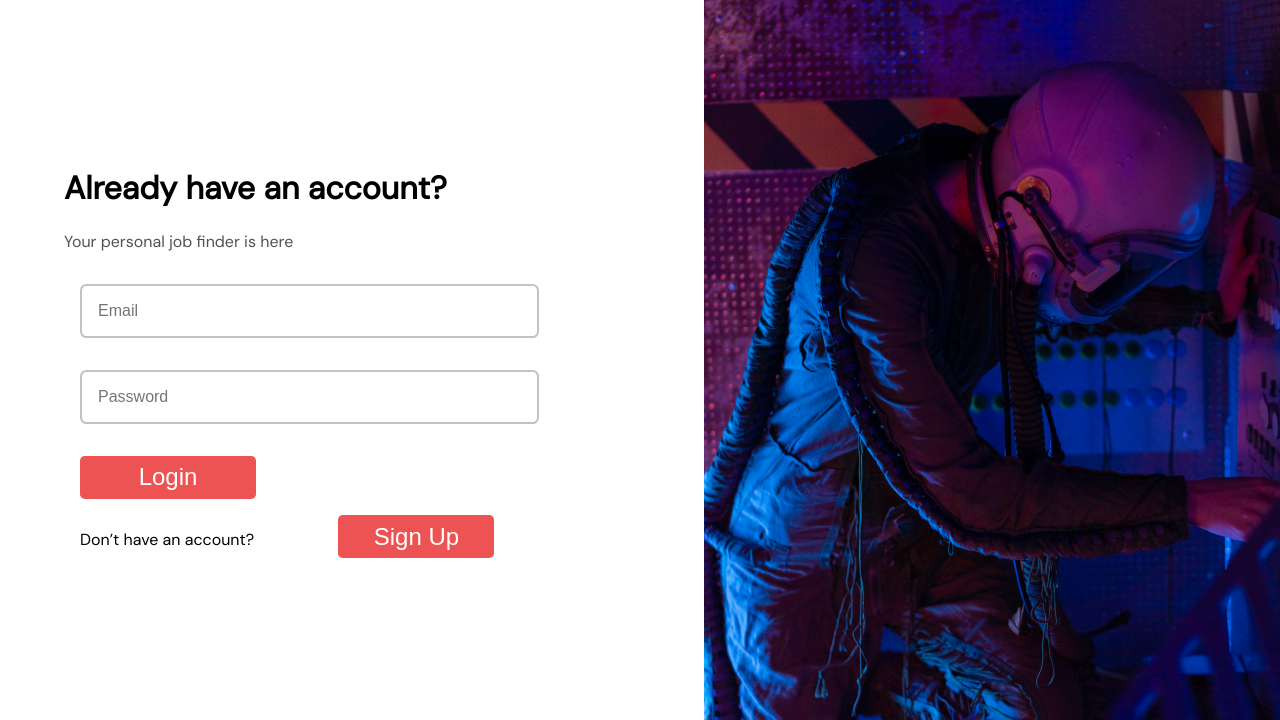
Repository: drumsmanku/node-capstone-project-1
Page: /login (app in client/)
An editor plug-in stored every save of this project. The page is shown before and after the next save, followed by the edit.
The browser window is 1280 px wide. The pictures show the whole page.
The project was rebuilt for these pictures with package versions that can differ from the ones it lists, and the page was loaded fresh each time. Also part of the build but not shown: client/src/components/Register.js, client/src/components/AddJob.js, client/src/components/Success.js, client/src/components/JobMainPage.js, client/src/components/EditJob.js, client/src/components/JobDetails.css, client/src/components/JobDetails.js, client/src/components/FailedLogin.js and 1 more.

Above is the page before, as saved 2023-07-23 19:11:56.

### client/src/App.js
import './App.css';
import Register from './components/Register';
import Login from './components/Login';
import AddJob from './components/AddJob';
import { BrowserRouter as Router, Route, Routes} from 'react-router-dom';
import Success from './components/Success';
import JobMainPage from './components/JobMainPage';
import EditJob from './components/EditJob';
import JobDetails from './components/JobDetails';
import FailedLogin from './components/FailedLogin';
import FailedRegister from './components/FailedRegister';

function App() {
  return (
    <div className="App">
      <Router>
        <Routes>
          <Route path='/' element={<JobMainPage/>}/>
          <Route path='/register' element={<Register />}/>
          <Route path='/add' element={<AddJob/>}/>
          <Route path='/login' element={<Login/>}/>
          <Route path='/main-job' element={<JobMainPage/>}/>
          <Route path='/edit-job/:id' element={<EditJob/>}/>
          <Route path="/job-det/:id" element={<JobDetails/>}/>
          <Route path='/success' element={<Success/>}/>
          <Route path='/failed-login' element={<FailedLogin/>}/>
          <Route path='/failed-signup' element={<FailedRegister/>}/>

        </Routes>
      </Router>

    </div>
  );
}

export default App;

### client/src/components/Login.js
import React, { useState } from 'react';
import { useNavigate } from 'react-router-dom';
import axios from 'axios';
import './Login.css';
import img1 from '../Assets/img1.png';

function Login() {
  const navigate = useNavigate();
  const [user, setUser] = useState({
    email: '',
    password: ''
  });

  const handleChange = e => {
    setUser({
      ...user,
      [e.target.name]: e.target.value
    });
  };

  const login = (event) => {
    event.preventDefault();
    axios.post('https://job-new-portal.onrender.com/login', user)
      .then(res => {
        localStorage.setItem('token', res.data.jwtToken);
        localStorage.setItem('user', res.data.name);
        const tokenData=localStorage.getItem('token')
        if(tokenData!=='undefined') {
          navigate('/main-job')
        }
        else{
          navigate('/failed-login')
        }


      })
      .catch(err => console.log(err));
  };

  return (
    <div className='login-container'>

      <div className='login-left-container'>
        <div style={{marginLeft:'4rem'}}>
          <h1 style={{}}>Already have an account?</h1>
          <p style={{fontWeight:500,  color:'#525252', marginBottom:'2rem', marginTop:0}}>Your personal job finder is here</p>
        </div>

        <form>
          <div style={{marginLeft:'5rem'}}>
          <input type="email" name="email" value={user.email} onChange={handleChange} placeholder="Email" />
          <input type="password" name="password" value={user.password} onChange={handleChange} placeholder="Password" />

          </div>
          <button type='submit' style={{cursor:'pointer'}} onClick={login} >Login</button>
          <span style={{marginLeft:'5rem'}}>Don’t have an account? <button onClick={()=>{navigate('/register')}}>Sign Up</button></span>
        </form>
      </div>
      <div className='login-right-container' style={{backgroundImage:`url(${img1})`}}></div>

    </div>
  );
}

export default Login;

### client/src/components/Register.css
@import url('https://fonts.googleapis.com/css2?family=DM+Sans&display=swap');

body{
  font-family: 'DM Sans';
}

.reg-container{
  width:100vw;
  height: 100vh;
  display: flex;
}

.reg-left-container{
  width: 55%;
  display: flex;
  flex-direction: column;
  justify-content: center;
  font-family: 'DM Sans';
  color: black;

}
.reg-right-container{
  width: 45%;
  height: 100vh;
  background-size: 'cover';
  background-position:center;
  background-repeat: no-repeat;
}
.reg-container form{
  display: flex;
  flex-direction: column;
}
.reg-container input[type='text'], [type='password'], [type='email']{
  width: 70%;
  height: 3rem;
  border:2px solid #C2C2C2;
  border-radius: 0.4rem;
  padding-left: 1rem;
  font-size: 1rem;
  color: black;
  margin-bottom: 2rem;
}
.reg-container button{
  height: 2.7rem;
  width: 25%;
  font-size: x-large;
  background-color: #ED5353;
  border: none;
  border-radius: 0.3rem;
  margin-left: 5rem;
  margin-bottom: 1rem;
  color: white;
}
span a{
  color:black;
}

### client/src/components/Login.css
@import url('https://fonts.googleapis.com/css2?family=DM+Sans&display=swap');

body{
  font-family: 'DM Sans';
}

.login-container{
  width:100vw;
  height: 100vh;
  display: flex;
}
.login-left-container{
  width: 55%;
  display: flex;
  flex-direction: column;
  justify-content: center;
  font-family: 'DM Sans';
  color: black;

}

.login-right-container{
  width: 45%;
  height: 100vh;
  background-size: 'cover';
  background-position:center;
  background-repeat: no-repeat;
}

.login-container form{
  display: flex;
  flex-direction: column;
}
.login-container input [type='password'], [type='email']{
  width: 70%;
  height: 3rem;
  border:2px solid #C2C2C2;
  border-radius: 0.4rem;
  padding-left: 1rem;
  font-size: 1rem;
  color: black;
  margin-bottom: 2rem;
}

.login-container button{
  height: 2.7rem;
  width: 25%;
  font-size: x-large;
  background-color: #ED5353;
  border: none;
  border-radius: 0.3rem;
  margin-left: 5rem;
  margin-bottom: 1rem;
  color: white;
}
.btn-fail-sign{
  background:none;
  color: black;

}

### client/src/components/AddJob.css
@import url('https://fonts.googleapis.com/css2?family=DM+Sans&display=swap');

body{
  font-family: 'DM Sans';
}

.add-container{
  height: 100vh;
  width: 100vw;
  display: flex;
}

.add-left-container{
  width: 58%;

  display: flex;
  flex-direction: column;
  justify-content: center;
  align-items: center;
}
.add-right-container{
  width: 42%;
  background-size: 'cover';
  background-position:center;
  background-repeat: no-repeat;
}
.add-container input{
  border: 2px solid #C2C2C2;
  border-radius: 0.2rem;
  margin-bottom: 1rem;
  margin-left: 1rem;
  padding-left: 1rem;
}
.add-left-container form{
  width: 100%;
  display: flex;
  flex-direction: column;
  margin-left: 20%;
}
.btn-add-page-add{
  height: 2rem;
  width: 15%;
  font-size: medium;
  background-color: #ED5353;
  border: none;
  border-radius: 0.3rem;
  margin-left: 1rem;
  margin-bottom:0;
  color: white;
  cursor: pointer;
}
.btn-add-page-cancel{
  height: 2rem;
  width: 15%;
  font-size: medium;
  background-color: #FFFFFF;
  border: 1px solid #CECECE;
  color: #CECECE;
  border-radius: 0.3rem;
  cursor: pointer;
  margin-bottom: 0;

}

### client/src/components/JobMainPage.css
@import url('https://fonts.googleapis.com/css2?family=DM+Sans&display=swap');


.main-page-container{
  height: 100vh;
  width: 100vw;
  display: flex;
  flex-direction: column;
}


.main-upper-container{
  height: 20%;
  width: 100%;
  display: flex;
  background-size: 100%;
  background-position:center;
  background-repeat: no-repeat;
}
.main-lower-container{
  height: 80%;
  width: 100%;
  display: flex;
  flex-direction: column;
  align-items: center;
}
.btn-main-page-login{
  height: 2rem;
  width: 6rem;
  font-weight: 500;
  font-size: medium ;
  background-color: #ED5353;
  border: 2px solid white;
  border-radius: 0.3rem;
  margin-left: 1rem;
  margin-bottom:0;
  color: white;
  font-family: 'DM Sans';
  cursor: pointer;
}
.btn-main-page-register{
  height: 2rem;
  width: 6rem;
  font-size: medium;
  font-weight: 500;
  background-color: white;
  border: none;
  border-radius: 0.3rem;
  margin-left: 1rem;
  margin-bottom:0;
  color: #ED5353;
  font-family: 'DM Sans';
  cursor: pointer;
}

### client/src/components/EditJob.css
@import url('https://fonts.googleapis.com/css2?family=DM+Sans&display=swap');

body{
  font-family: 'DM Sans';
}

.edit-container{
  height: 100vh;
  width: 100vw;
  display: flex;
}

.edit-left-container{
  width: 58%;

  display: flex;
  flex-direction: column;
  justify-content: center;
  align-items: center;
}
.edit-right-container{
  width: 42%;
  background-size: 'cover';
  background-position:center;
  background-repeat: no-repeat;
}
.edit-container input{
  border: 2px solid #C2C2C2;
  border-radius: 0.2rem;
  margin-bottom: 1rem;
  margin-left: 1rem;
  padding-left: 1rem;
}
.edit-left-container form{
  width: 100%;
  display: flex;
  flex-direction: column;
  margin-left: 20%;
}
.btn-edit-page-edit{
  height: 2rem;
  width: 15%;
  font-size: medium;
  background-color: #ED5353;
  border: none;
  border-radius: 0.3rem;
  margin-left: 1rem;
  margin-bottom:0;
  color: white;
  cursor: pointer;
}
.btn-edit-page-cancel{
  height: 2rem;
  width: 15%;
  font-size: medium;
  background-color: #FFFFFF;
  border: 1px solid #CECECE;
  color: #CECECE;
  border-radius: 0.3rem;
  cursor: pointer;
  margin-bottom: 0;

}

Loaded but not shown: client/public/index.html (common file); client/src/index.js (common file); client/src/index.css (common file); client/src/App.css (no stored copy; drawn as an empty file)

After the next save:
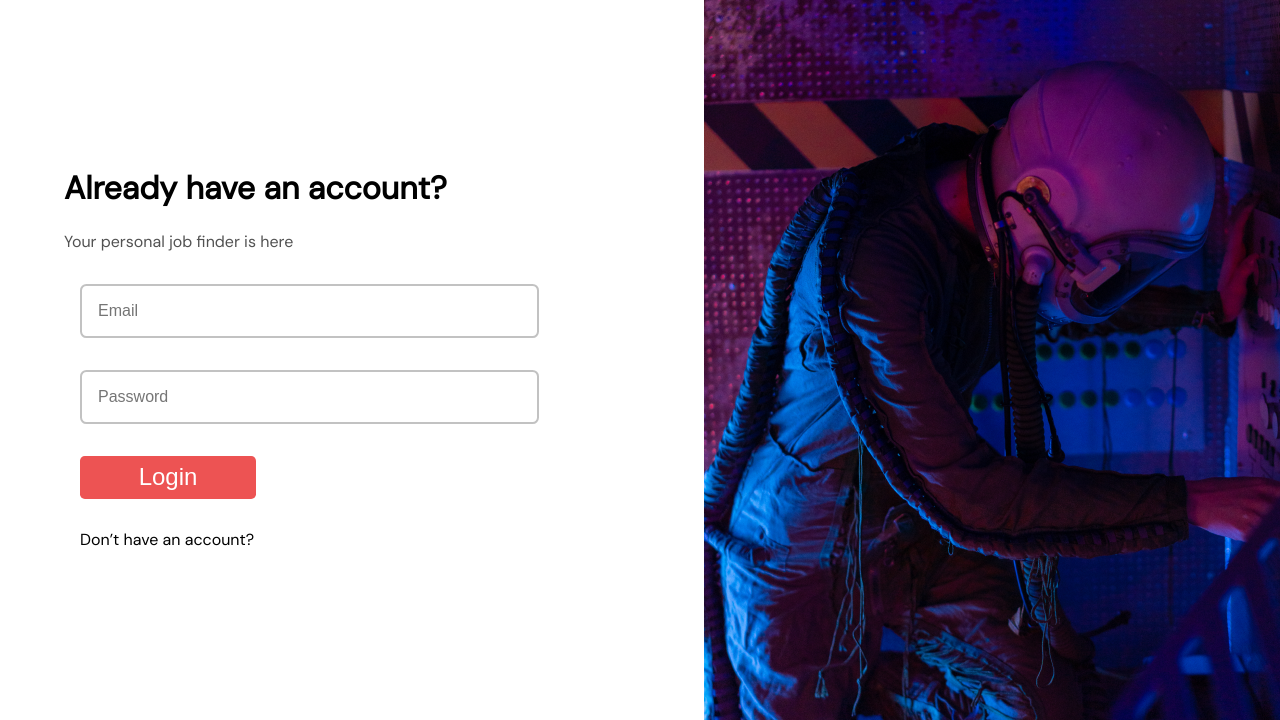
Saved 17 s later.
--- a/client/src/components/Login.js
+++ b/client/src/components/Login.js
@@ -53,7 +53,7 @@ function Login() {
 
           </div>
           <button type='submit' style={{cursor:'pointer'}} onClick={login} >Login</button>
-          <span style={{marginLeft:'5rem'}}>Don’t have an account? <button onClick={()=>{navigate('/register')}}>Sign Up</button></span>
+          <span style={{marginLeft:'5rem'}}>Don’t have an account? <button style={{background:'none'}} onClick={()=>{navigate('/register')}}>Sign Up</button></span>
         </form>
       </div>
       <div className='login-right-container' style={{backgroundImage:`url(${img1})`}}></div>
